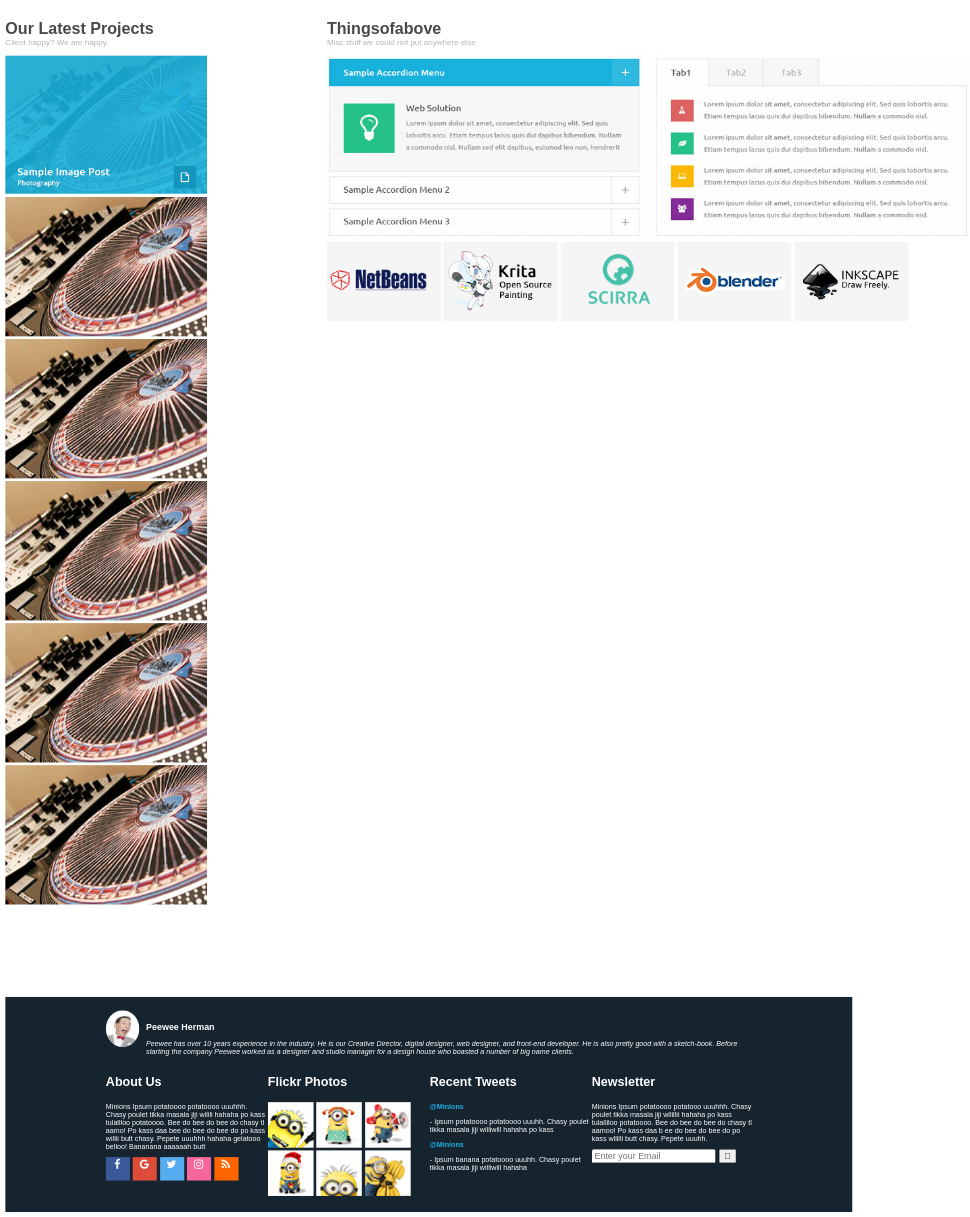
Repository: atran02/project1
Page: index.html
The author's editor kept a copy of each file at every save. The page is drawn from the files as they stood at one save, then again after the next save.
The browser window is 1280 px wide. The page is 1448 px wide, so the pictures cover 1448 px, including what lies to the right of the window. The pictures show the whole page, at 67% of full size.

Above is the page before, as saved 2022-01-28 23:13:40.

### index.html
<!DOCTYPE html>
<html lang="en">
<head>
  <meta charset="UTF-8">
  <meta http-equiv="X-UA-Compatible" content="IE=edge">
  <meta name="viewport" content="width=device-width, initial-scale=1.0">
  <title>Metrolics</title>
</head>
<link rel="stylesheet" href="/css/metrolics.css">
<body>
  <!-- PART 1: Angelyne -->


  <!-- PART 2: Marian -->

  <!--Our Latest Projects Section-->

<div class="lowerpage">
<div class="latestprojects">
  <h2>Our Latest Projects</h2>
  <p>Client happy? We are happy.</p>
      <div class="gallery">
        <img src="/img/sampleimagepost1.png" alt="Sample Image Post Photography" width="301" height="208">
        <img src="/img/latestprojectphoto2.png" alt="Sample Image Post Photography" width="301" height="208">
        <img src="/img/latestprojectphoto2.png" alt="Sample Image Post Photography" width="301" height="208">
        <img src="/img/latestprojectphoto2.png" alt="Sample Image Post Photography" width="301" height="208">
        <img src="/img/latestprojectphoto2.png" alt="Sample Image Post Photography" width="301" height="208">
        <img src="/img/latestprojectphoto2.png" alt="Sample Image Post Photography" width="301" height="208">
      </div>
</div>

  <!--Things of Above Section-->

  <div class="Thingsofabove">
  <h2>Thingsofabove</h2>
  <p>Misc stuff we could not put anywhere else</p>
      <div class="menutabgallery">
        <img src="/img/sampleaccordionmenu.png" alt="Sample Accordion Menu" width="960" height="275">
      </div>
      <div class="sponsors">
        <img src="/img/netbeans.png" alt="Net Beans" width="170" height="118">
        <img src="/img/krita.png" alt="Krita Open Source Painting" width="170" height="118">
        <img src="/img/scirra.png" alt="Scirra" width="170" height="118">
        <img src="/img/blender.png" alt="Blender" width="170" height="118">
        <img src="/img/inkscape.png" alt="Inkscape Draw Freely" width="170" height="118">
      </div>
  </div>
</div>

  <!-- Footer -->

<div class="footer">
      <div class="peewee">
        <img src="/img/peewee.png" alt="Peewee" width="159px" height="194px" class="avatar">
          <h4>Peewee Herman</h4>
            <p>Peewee has over 10 years experience in the industry. He is our Creative Director, digital designer, web designer, and front-end developer. He is also pretty good with a sketch-book. Before starting the company Peewee worked as a designer and studio manager for a design house who boasted a number of big name clients.</p>
      </div>

      <div class="grid-container">
        <div class="grid-item grid-item-1">
          <div class="aboutus">
            <h3>About Us</h3>
              <p>Minions Ipsum potatoooo potatoooo uuuhhh. Chasy poulet tikka masala jiji wilili hahaha po kass tulallloo potatoooo. Bee do bee do bee do chasy tl aamo! Po kass daa bee do bee do bee do po kass willii butt chasy. Pepete uuuhhh hahaha gelatooo belloo! Bananana aaaaaah butt</p>
                <div class="socialmedia">
                  <link rel="stylesheet" href="https://cdnjs.cloudflare.com/ajax/libs/font-awesome/4.7.0/css/font-awesome.min.css">
                  <a href="#" class="fa fa-facebook"></a>
                  <a href="#" class="fa fa-google"></a>
                  <a href="#" class="fa fa-twitter"></a>
                  <a href="#" class="fa fa-instagram"></a>
                  <a href="#" class="fa fa-rss"></a>
                </div>
          </div>
        </div>

          <div class="flickr">
            <div class="grid-item grid-item-2">
              <h3>Flickr Photos</h3>
                <img src="/img/minion1.png" alt="minion1" width="68px" height="68px">
                <img src="/img/minion2.png" alt="minion2" width="68px" height="68px">
                <img src="/img/minion3.png" alt="minion3" width="68px" height="68px">
                <img src="/img/minion4.png" alt="minion4" width="68px" height="68px">
                <img src="/img/minion5.png" alt="minion5" width="68px" height="68px">
                <img src="/img/minion6.png" alt="minion6" width="68px" height="68px">
            </div>
          </div>

          <div class="recenttweets">
            <div class="grid-item grid-item-3">
              <h3>Recent Tweets</h3>
              <p><a href="https://twitter.com/Minions">@Minions</a></p>
              <p>- Ipsum potatoooo potatoooo uuuhh. Chasy poulet tikka masala jiji williwill hahaha po kass</p>


              <p><a href="https://twitter.com/Minions">@Minions</a></p>
              <p>- Ipsum banana potatoooo uuuhh. Chasy poulet tikka masala jiji williwill hahaha</p>
            </div>
          </div>

          <div class="Newsletter">
            <div class="grid-item grid-item-4">
              <h3>Newsletter</h3>
              <p>Minions Ipsum potatoooo potatooo uuuhhh. Chasy poulet tikka masala jiji wllillii hahaha po kass tulalliloo potatoooo. Bee do bee do bee do chasy tl aamoo! Po kass daa b ee do bee do bee do po kass wllilli butt chasy. Pepete uuuhh.</p>

              <form class="formemail" action="/action_page.php">
              <input type="email" id="email" placeholder="Enter your Email" name="email">
              <button class="btn-send"></button>
              </form>
            </div>
          </div>
      </div>
</div>
</body>
</html>

### css/metrolics.css
/* Lowerpage Draft */
.lowerpage {
    display: flex;
    width: 200vh;
    height: 200vh;

}
/*Our Latest Projects*/
.latestprojects, .Thingsofabove, .footer {
    font-family: 'Ubuntu', sans-serif;
    margin: 0;
}

h2 {
    margin-bottom: 0;
    color: #494949;
}

.latestprojects p {
    font-size: 12px;
    color: #b6b5b5;
    margin-top: 0;
}
/* Thingsofabove */
.Thingsofabove p {
    font-size: 12px;
    color: #b6b5b5;
    margin-top: 0;
}

/* Footer */
.grid-container {
    display: grid;
    grid-template-columns: 1fr 1fr 1fr 1fr;
    grid-gap: 3px;
}
.footer {
    background-color: #16242f;
    color: white;
    margin-top: 40px;
    padding: 20px 150px 20px 150px;

}

/* Peewee Info */
.peewee {
    display: grid;
    grid-template-areas:
    "b a a"
    "b c c"
    "b c c"
}
.peewee img {
    border-radius: 100%;
    width: 50px;
    height: 55px;
    grid-area: b;
    margin-bottom: 0;
    padding-bottom: 0;
}
h4 {
    font-size: 10pt;
    grid-area: a;
    margin-bottom: 10px;
    padding-left: 10px;
}
.peewee p {
    font-size: 8pt;
    font-style: italic;
    grid-area: c;
    margin-top: 0;
    padding-left: 10px;
}

/* About Us */
.aboutus p {
    font-size: 8pt;
}
/* Social Media Icons */
.fa {
    padding: 2px 2px 0px 0px;
    font-size: 10px;
    width: 34px;
    height: 33px;
    text-align: center;
    text-decoration: none;
    margin: 0;
}
.fa-facebook {
    background: #3B5998;
    color: white;
}
.fa-google {
    background: #dd4b39;
    color: white;
}
.fa-twitter {
    background: #55ACEE;
    color: white;
}
.fa-instagram {
    background: #f5679c;
    color: white;
}
.fa-rss {
    background: #ff6600;
    color: white;
}

/* Recent Tweets */
.recenttweets a {
    color: #1bade5;
    text-decoration: none;
    font-weight: bold;
}
.recenttweets p {
    font-size: 8pt;
}

/* Newsletter */
.Newsletter p {
    font-size: 8pt;
}

After the next save:
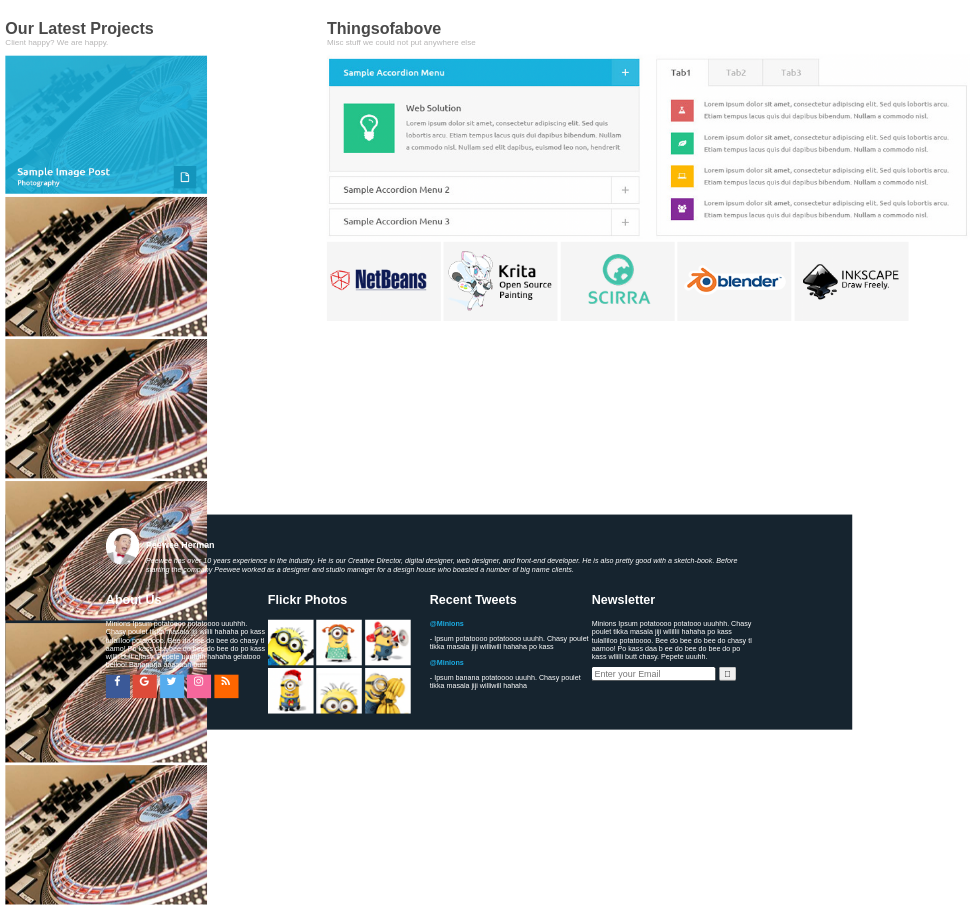
Saved 8 s later.
--- a/css/metrolics.css
+++ b/css/metrolics.css
@@ -2,7 +2,7 @@
 .lowerpage {
     display: flex;
     width: 200vh;
-    height: 200vh;
+    height: 100vh;
 
 }
 /*Our Latest Projects*/
